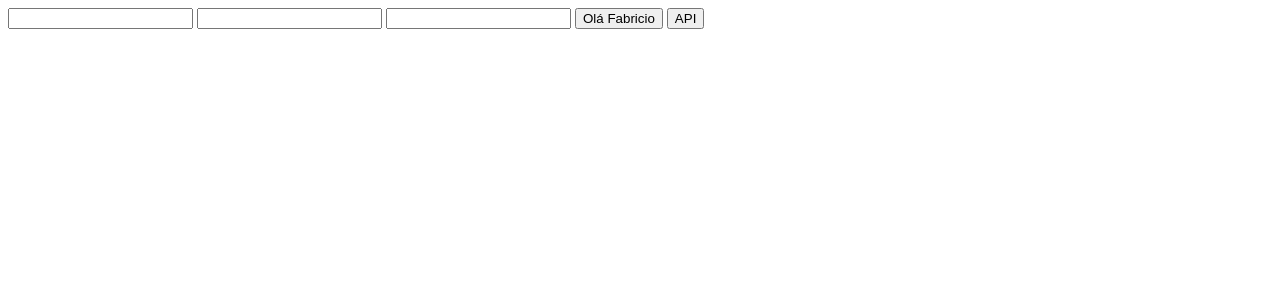
Repository: KennedyWanderson/applying-API
Page: index.html
The author's editor kept a copy of each file at every save. The page is drawn from the files as they stood at one save, then again after a run of saves.
The browser window is 1280 px wide. The pictures show the whole page.

Above is the page before, as saved 2024-01-14 14:47:18.

After the next 2 saves:
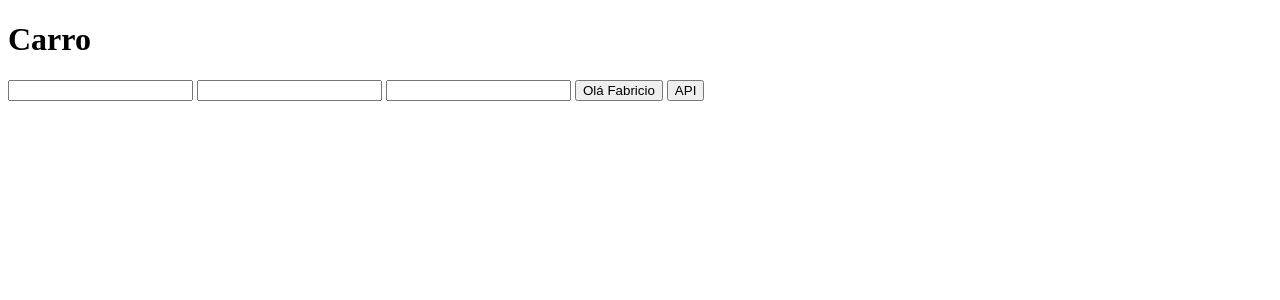
The 2 saves are shown as one change because they came seconds apart.
The last was saved 16 s later.
--- a/index.html
+++ b/index.html
@@ -6,7 +6,7 @@
     <title>Document</title>
 </head>
 <body>
-
+    <h1>Carro</h1>
     <div id="carro"></div>
         <input type="text" id="link">
         <input type="text" id="link">
